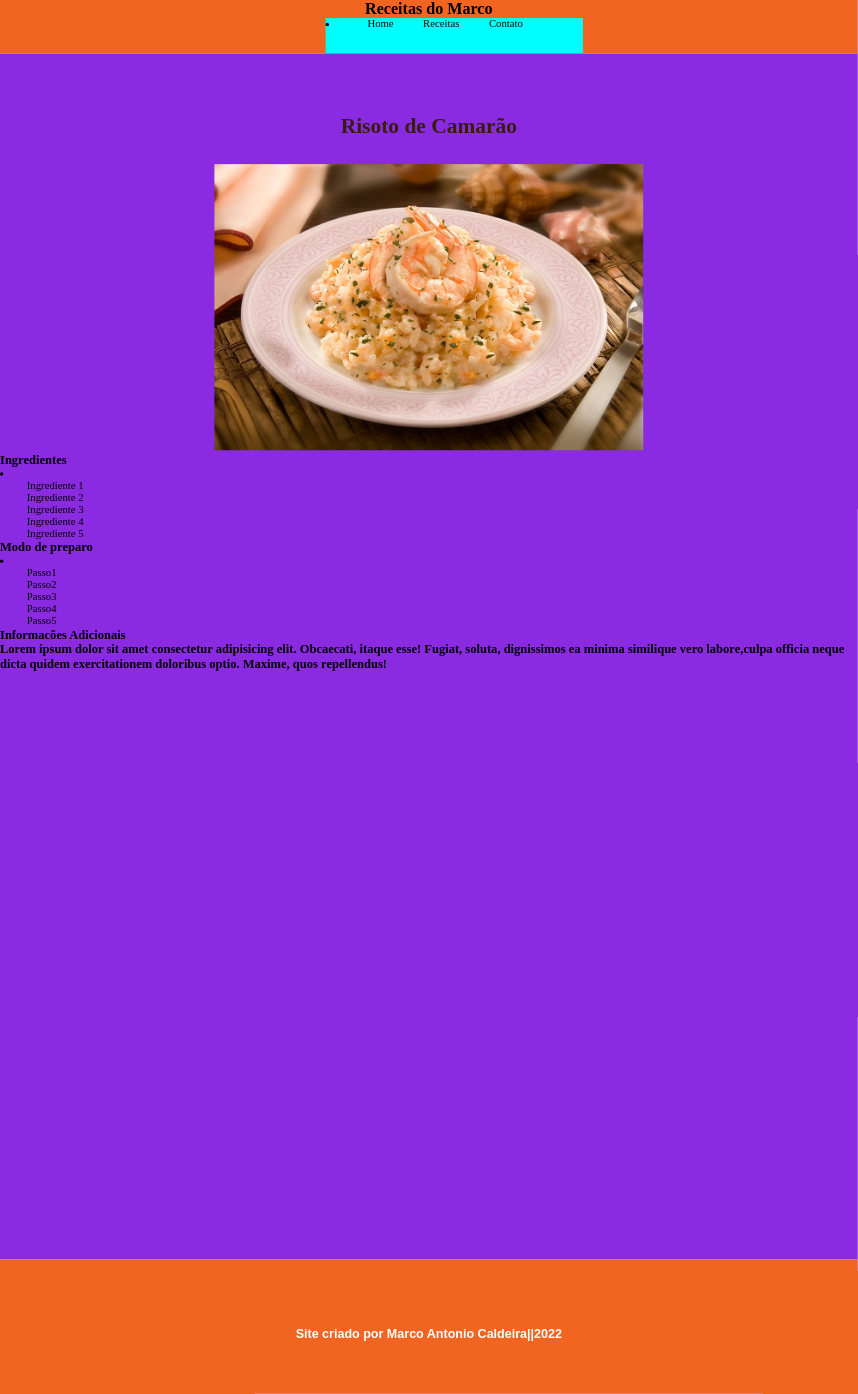
Repository: MarcoantonioCaldeira/Aprendizados-e-Conhecimentos
Page: Receitas da Casa/index.html
The author's editor kept a copy of each file at every save. The page is drawn from the files as they stood at one save, then again after the next save.
The browser window is 1280 px wide. The pictures show the whole page, at 67% of full size.

Above is the page before, as saved 2022-05-26 00:05:54.

### Receitas da Casa/index.html
<!DOCTYPE html>
<html>
    <head>
    <meta charset="utf-8">
    <title>Receitas do Marco</title>
    <link rel="stylesheet" text="css" href="css/estilo.css">
    <style>

    </style>
    </head>
    <body>
        <header id="topo">
            <nav>
               <h1>Receitas do Marco</h1>
               <li class="li-topo">
                  <ul class="ul-topo" href="#">Home</ul>
                  <ul class="ul-topo" href="#">Receitas</ul>
                  <ul class="ul-topo" href="#">Contato</ul>
                </li>
            </nav>
        </header>
        <main id="corpo">
            <h1 class="titulo-receita">Risoto de Camarão</h1>
            <figure>
                <img class="img_receita" src="imagens/imagem_receita.jpg">
            </figure>
            <article>
                <h3>Ingredientes</h3>
               <li>
                   <ul>Ingrediente 1</ul>
                   <ul>Ingrediente 2</ul>
                   <ul>Ingrediente 3</ul>
                   <ul>Ingrediente 4</ul>
                   <ul>Ingrediente 5</ul>
               </li>


               <h3>Modo de preparo</h3>
               <li>
                   <ul>Passo1</ul>
                   <ul>Passo2</ul>
                   <ul>Passo3</ul>
                   <ul>Passo4</ul>
                   <ul>Passo5</ul>
               </li>


                <h3>Informacões Adicionais</h3>

                <h3>Lorem ipsum dolor sit amet consectetur adipisicing elit. Obcaecati, itaque esse!
                   Fugiat, soluta, dignissimos ea minima similique vero labore,culpa officia neque dicta
                   quidem exercitationem doloribus optio. Maxime, quos repellendus!</h3>
            </article>
        </main>
        <footer id="rodape">
                <div class="agradecimentos-rodape">
                    <h3>Site criado por Marco Antonio Caldeira||2022</h3>
                </div>
        </footer>
    </body>
</html>

### Receitas da Casa/css/estilo.css
*{
    margin: 0;
}



h1{
    text-align: center;
}

#topo{
    width: 100%;
    background-color:rgb(241, 101, 32);
    height: 80px;
}

.li-topo{
    background-color: aqua;
    height: 100px;
    width: 30%;
    margin-left: 38%;
}

.ul-topo{
    display: inline;
}


#corpo{
    width: 100%;
    height: 1800px;
    background-color: blueviolet;
}

.img_receita{
    position:relative;
    margin-left: 25%;
    margin-top: 10%;
    width:50%;
}

.titulo-receita{
    position: relative;
    top:5%;
    color:rgb(55, 29, 13);
}

#rodape{
    background-color: rgb(241, 101, 32);
    width: 100%;
    height: 200px;
}

.agradecimentos-rodape{
    position: relative;
    top: 50%;
    color:white;
    font-family: arial;
    text-align: center;
}

After the next save:
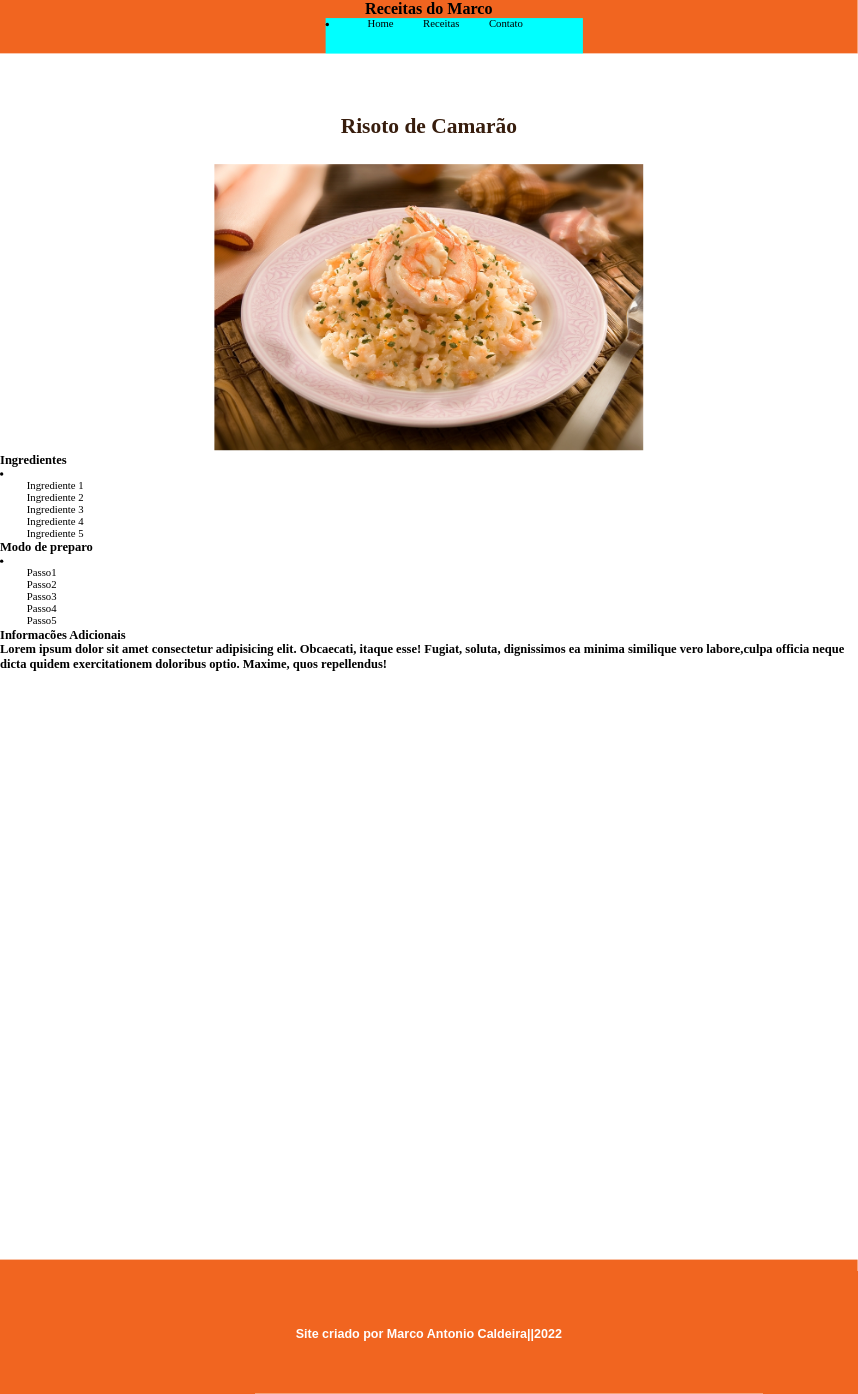
Saved 9 s later.
--- a/Receitas da Casa/css/estilo.css
+++ b/Receitas da Casa/css/estilo.css
@@ -29,7 +29,7 @@ h1{
 #corpo{
     width: 100%;
     height: 1800px;
-    background-color: blueviolet;
+    background-color: white;
 }
 
 .img_receita{
